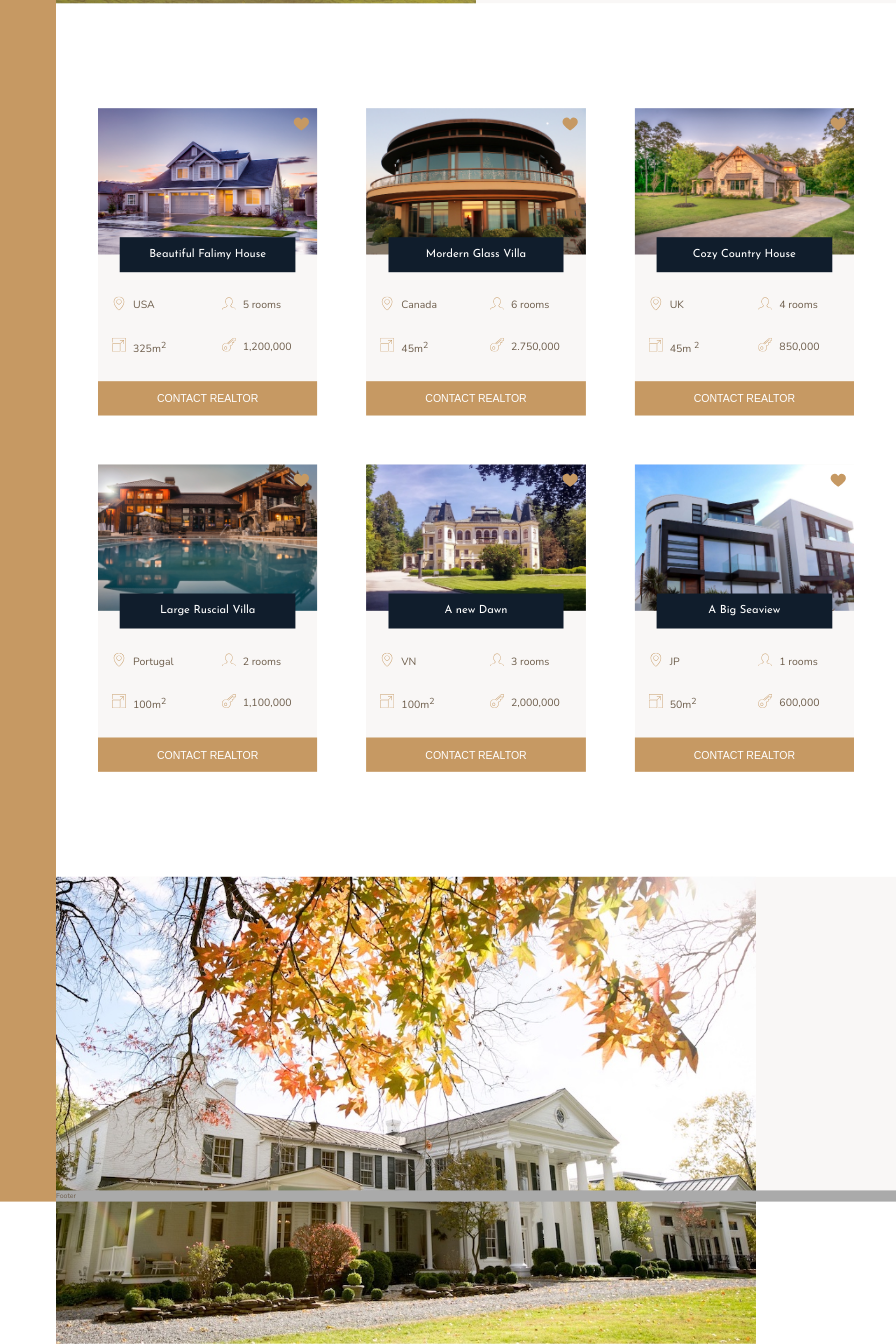
Repository: m2pd/your-home
Page: index.html
The author's editor kept a copy of each file at every save. The page is drawn from the files as they stood at one save, then again after the next save.
The browser window is 1280 px wide. The pictures show the part of the page from y = 1751 to 3671 px (the page is 3671 px tall before and 3468 px after), at 70% of full size.
The style sheet was rebuilt from its Sass, Less or Tailwind sources for each picture, by a compiler version that may differ from the author's.

Above is the page before, as saved 2020-03-05 16:57:24.

After the next save:
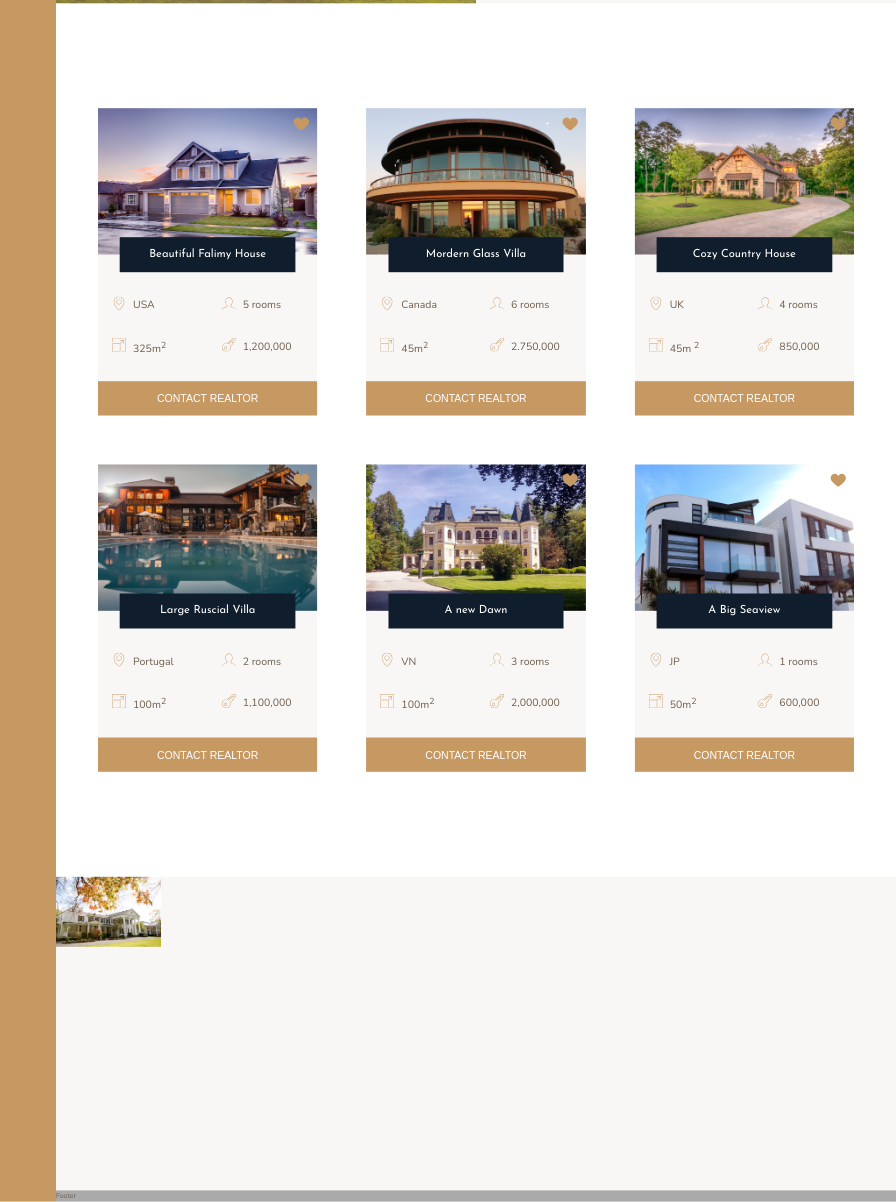
Saved 4 s later.
--- a/sass/_gallery.scss
+++ b/sass/_gallery.scss
@@ -7,5 +7,7 @@
     grid-template-rows: repeat(7, 5vw);
 
 
-
+    &__img{
+        width:100%;
+    }
 }
